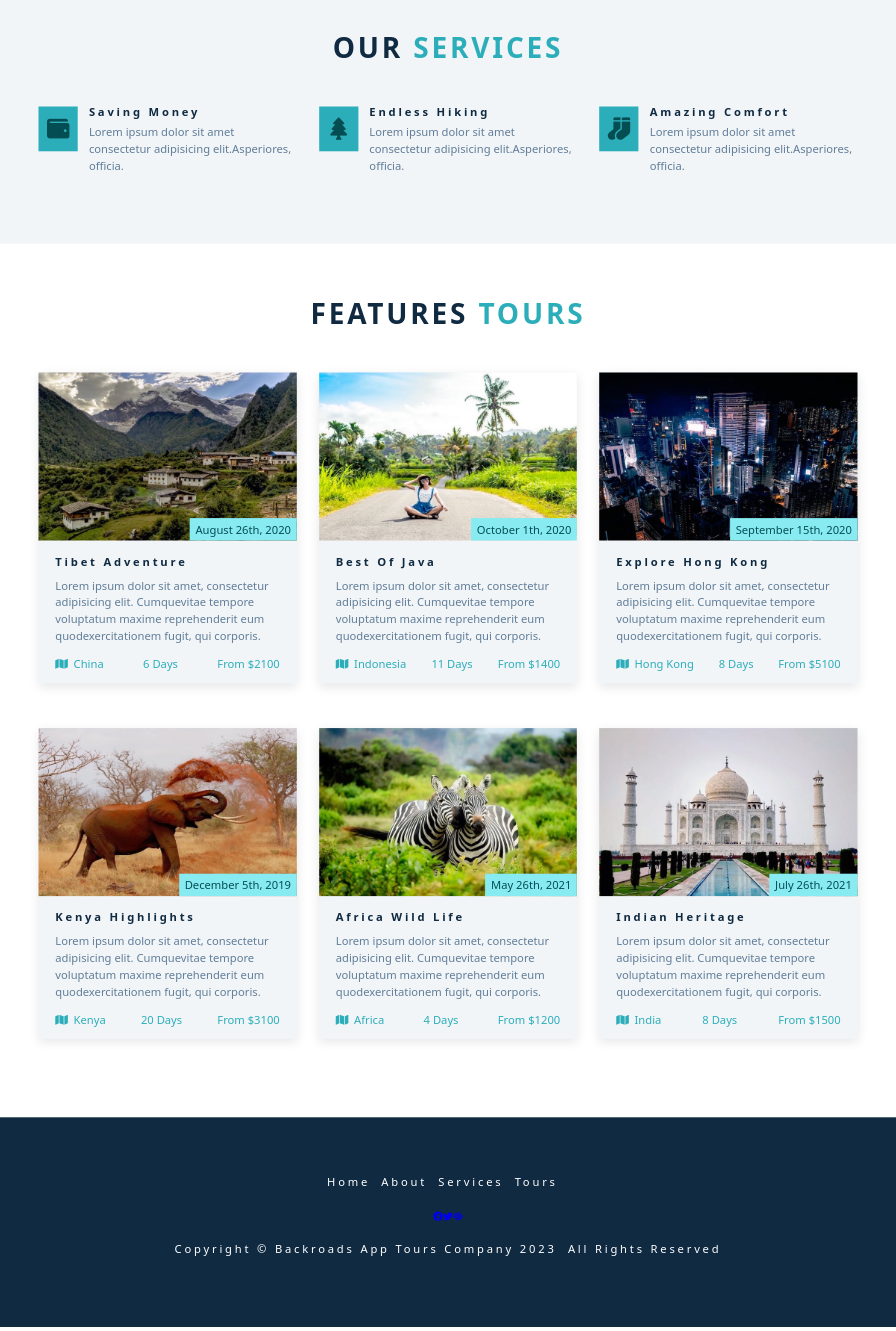
Repository: shivyank121/backRoad-app
Page: /
An editor plug-in stored every save of this project. The page is shown before and after a run of saves, followed by the edit.
The browser window is 1280 px wide. The pictures show the part of the page from y = 1443 to 3363 px (the page is 3344 px tall before and 3363 px after), at 70% of full size.
Some web libraries are served in a nearby version. The project was rebuilt for these pictures with package versions that can differ from the ones it lists, and the page was loaded fresh each time.

Above is the page before, as saved 2023-08-21 18:41:56.

After the next 2 saves:
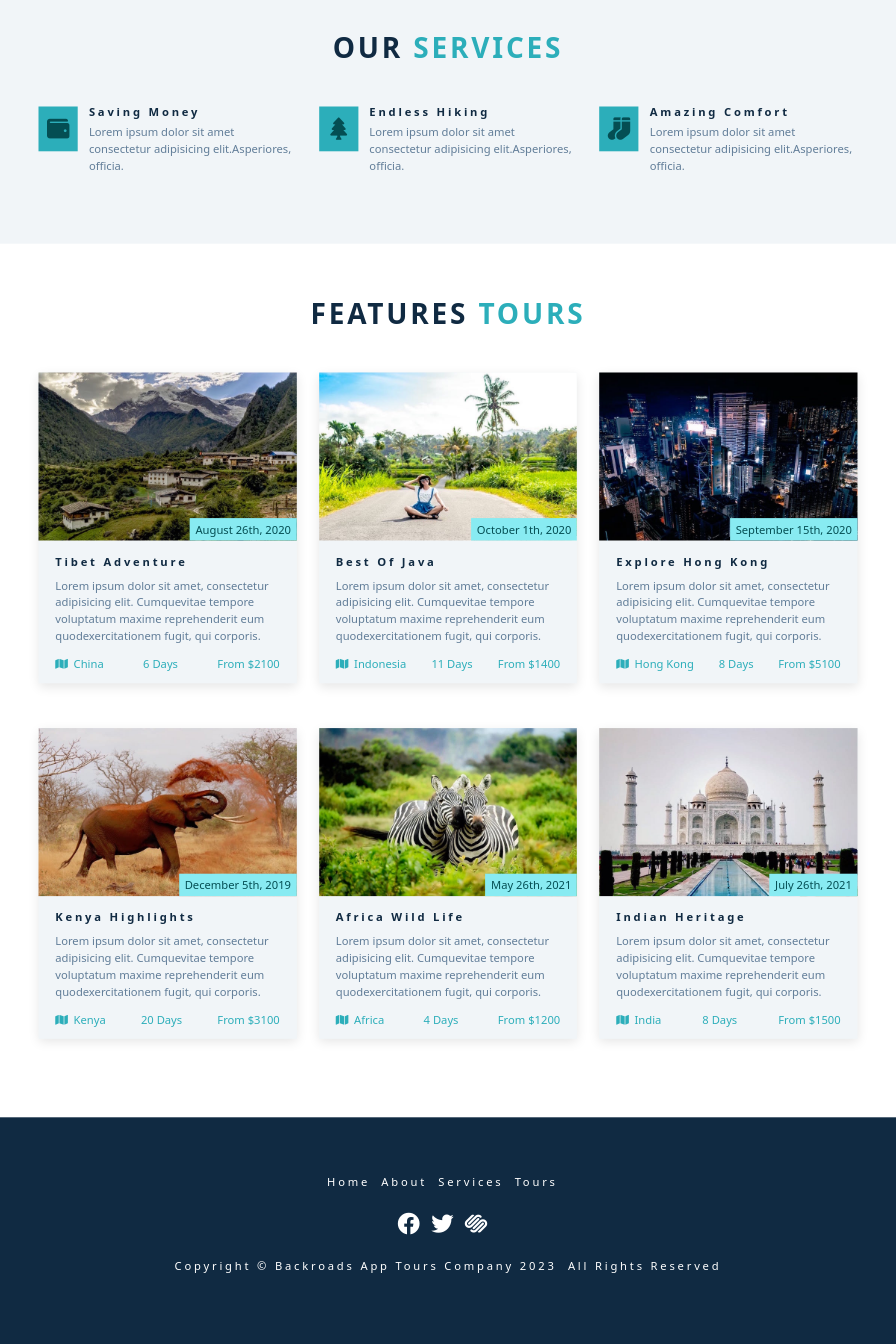
The 2 saves are shown as one change because they came seconds apart.
The last was saved 115 s later.
--- a/src/components/Footer.js
+++ b/src/components/Footer.js
@@ -1,5 +1,6 @@
 import React from 'react'
 import { pageLinks, socialLinks } from "../data";
+import Sociallinks from './Sociallinks';
 
 export const Footer = () => {
   return (
@@ -19,18 +20,9 @@ export const Footer = () => {
     </ul>
     <ul className="footer-icons">
     {socialLinks.map((link)=>{
-                 const {id, href, icon} = link
+
                  return(
-                    <li key={id}>
-                    <a
-                      href={href}
-                      target="_blank"
-                      rel="noreferrer"
-                      className="nav-icon"
-                    >
-                      <i className={icon}></i>
-                    </a>
-                  </li>
+                    <Sociallinks key={link.id} {...link} itemClass="footer-icon" />
                  )
             })}
 
